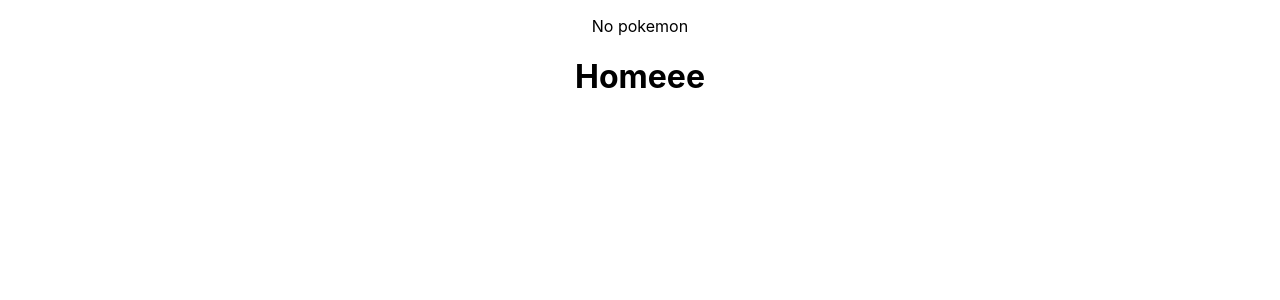
Repository: htihaS/pokemon-world
Page: /
An editor plug-in stored every save of this project. The page is shown before and after a run of saves, followed by the edit.
The browser window is 1280 px wide. The pictures show the whole page.
The page's requests for data from a server got no answer. The project was rebuilt for these pictures with package versions that can differ from the ones it lists, and the page was loaded fresh each time. No one was signed in, and anything a server would have sent is missing. Also part of the build but not shown: src/Components/PokemonDetails.js.

Above is the page before, as saved 2022-10-20 23:50:54.

### src/App.js
import './App.css';
import {
  BrowserRouter as Router,
  Routes,Route
} from 'react-router-dom';
import Home from './Components/Home';
//import PokemonDetails from './Components/PokemonDetails';
import Sidebar from './Components/Sidebar';

function App() {
  return (
    <div className="App">
      <Router>

      <Sidebar></Sidebar>
      <Routes>
        <Route path='/' element = {<Home/>} />
        {/* <Route path='/pokemondetails' element = {<PokemonDetails/>} /> */}
      </Routes>

      </Router>
    </div>
  );
}

export default App;

### src/Components/Home.js
import React from "react";


const Home = ()=>{

    return(
        <h1>Homeee</h1>
    )
}

export default Home;

### src/Components/Sidebar.js
import React, { useEffect, useState } from 'react';
import { ListGroup , Row , Col , Container } from 'reactstrap';
import axios from "axios";
import PokemonDetails from './PokemonDetails';
import { Link } from 'react-router-dom';

const Sidebar =()=>{

    const [pokemon,setPokemon] = useState([])
    const [selectedPokemonUrl,setSelectedPokemonUrl] = useState("");
    const pokemonNamesUrl = "https://pokeapi.co/api/v2/pokemon?limit=10"

    useEffect(()=>{
        getPokemonData();
    },[])

    function getPokemonData(){
        axios.get(`${pokemonNamesUrl}`).then(
            (response) =>{
                setPokemon(response.data.results)
            },
            (error) => {
                console.log("error in fetching data");
            }
            )
    }

    function showPokemon(selectedPokemon){
        console.log(selectedPokemon.url);
        setSelectedPokemonUrl(selectedPokemon.url);
    }

    return(
        <div>
            <p></p>
          <Container>
            <Row>
                <Col md={4}>
                    {
                        pokemon.length > 0? pokemon.map((item=> (<ListGroup><Link className="list-group-item list-group-item-action" tag ='a' to='/pokemondetails' onClick={()=>{showPokemon(item)}}>{item.name}</Link></ListGroup> ) )): "No pokemon"
                    }
                </Col>
                <Col md={8}>
                    {
                        selectedPokemonUrl !== "" ? (<PokemonDetails url={selectedPokemonUrl}></PokemonDetails>):null

                    }
                </Col>
            </Row>
          </Container>

        </div>
        )
}

export default Sidebar;

Loaded but not shown: public/index.html (common file); src/index.js (common file); src/index.css (common file); src/reportWebVitals.js (common file); src/App.css (common file)

After the next 2 saves:
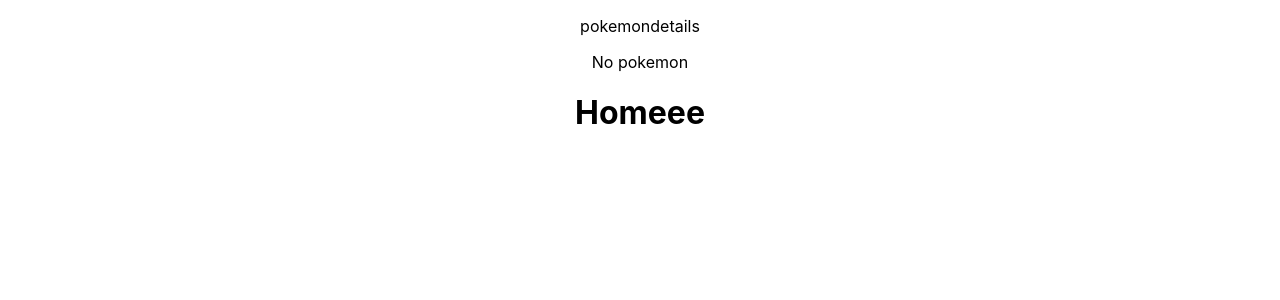
The 2 saves are shown as one change because they came seconds apart.
The last was saved 7 s later.
--- a/src/Components/Sidebar.js
+++ b/src/Components/Sidebar.js
@@ -32,7 +32,7 @@ const Sidebar =()=>{
 
     return(
         <div>
-            <p></p>
+            <p>pokemondetails</p>
           <Container>
             <Row>
                 <Col md={4}>
